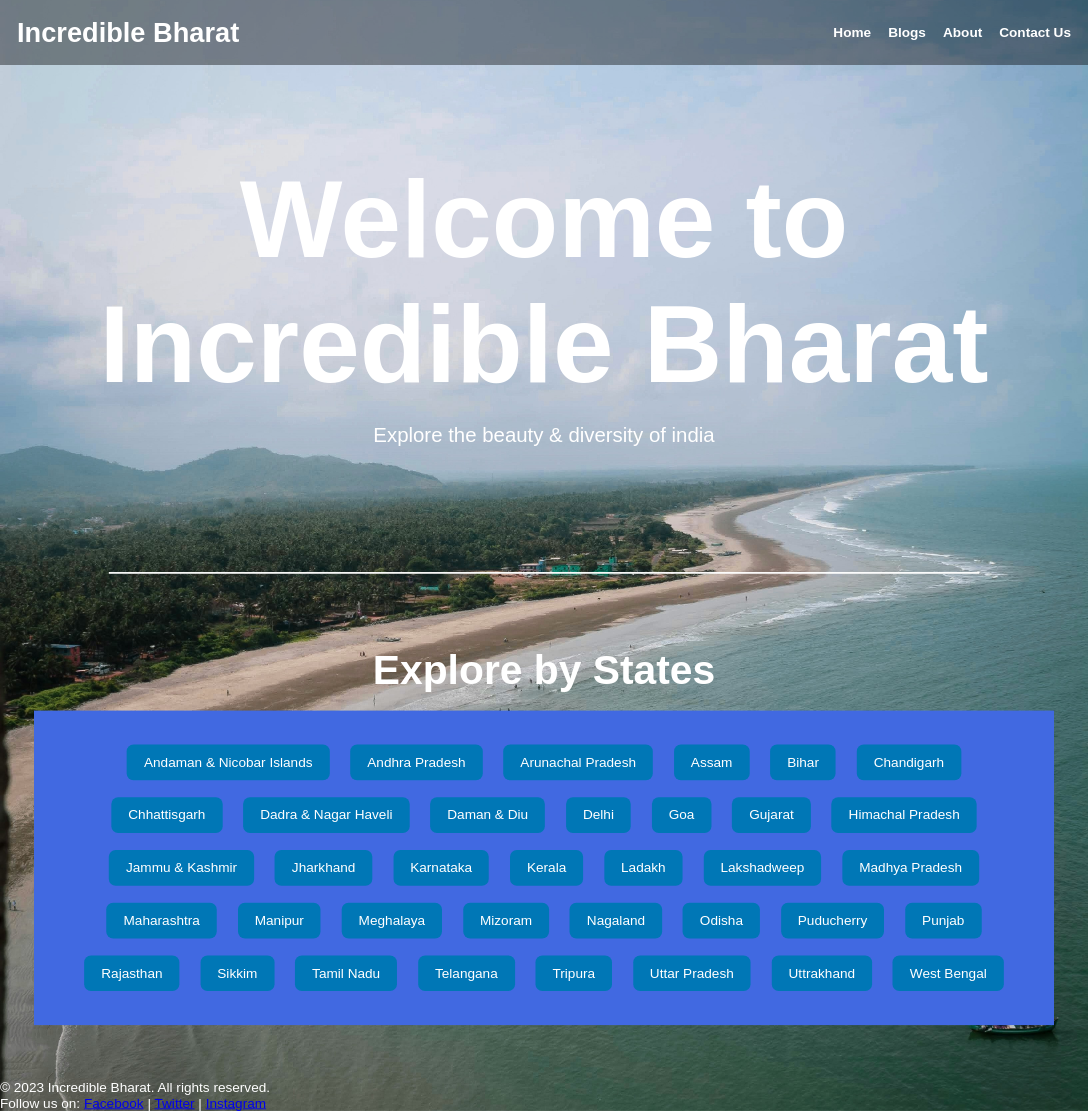
Repository: jaidhiman111/incrediblebharat
Page: index.html
These files come from the project's save history. The page is drawn as it stood at one moment and after the next save; the edit follows.
The browser window is 1280 px wide. The pictures show the whole page, at 85% of full size.

Above is the page before, as saved 2025-04-30 22:30:47.

After the next save:
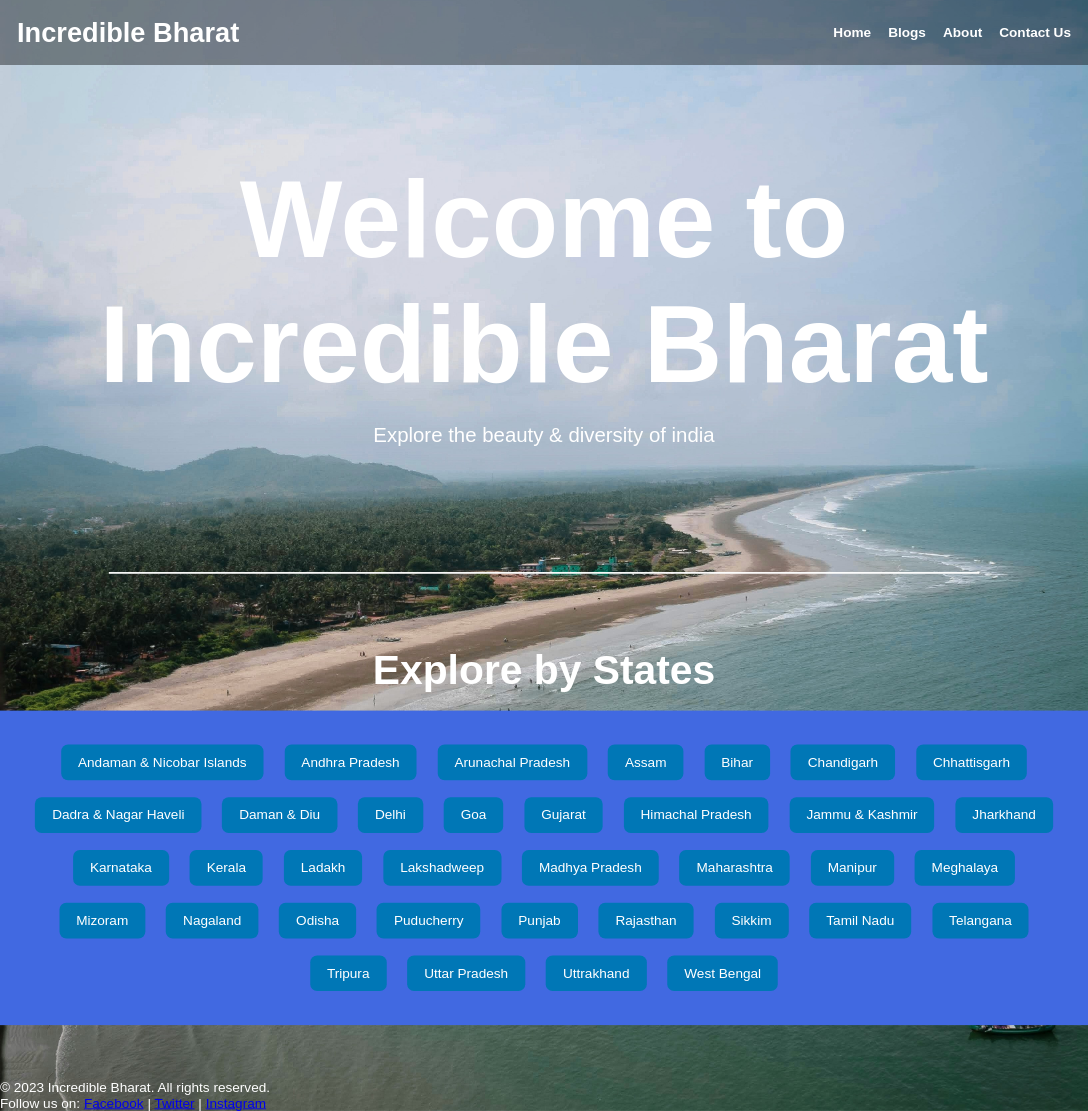
Saved 22 s later.
--- a/assets/style.css
+++ b/assets/style.css
@@ -93,7 +93,7 @@ hr {
 .state-button {
     background-color: royalblue;
     padding: 30px;
-    max-width: 1200px;
+    max-width: 100rem;
     margin: 0 auto;
   }
 
